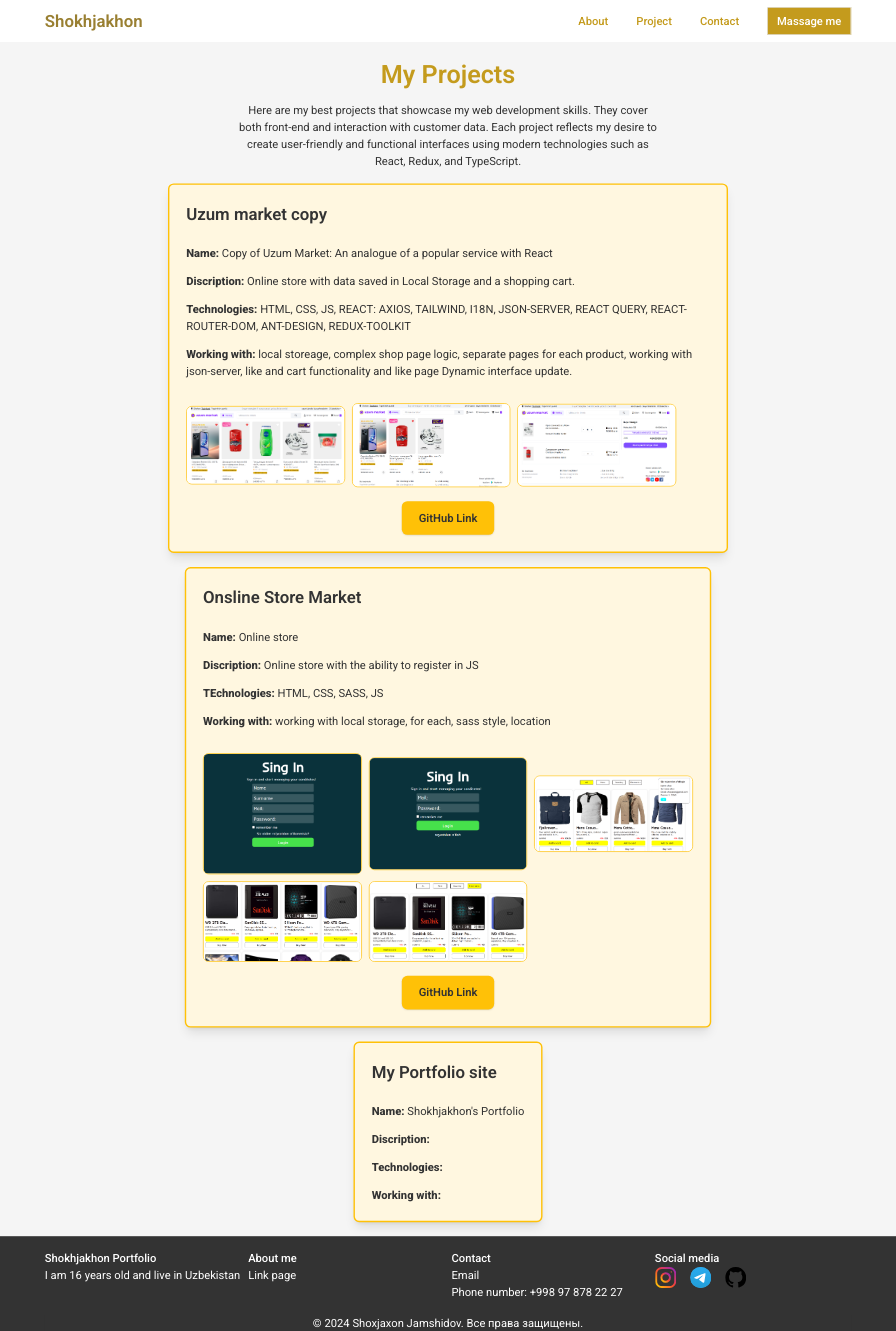
Repository: usershoh/My-Portfolio
Page: /project
An editor plug-in stored every save of this project. The page is shown before and after the next save, followed by the edit.
The browser window is 1280 px wide. The pictures show the whole page, at 70% of full size.
The project was rebuilt for these pictures with package versions that can differ from the ones it lists, and the page was loaded fresh each time. Also part of the build but not shown: vite.config.js, src/pages/blog/index.jsx, src/components/contact/title/index.jsx, src/components/contact/details/index.jsx, src/components/contact/location/index.jsx, src/components/contact/cta/index.jsx, src/pages/contact/index.jsx, src/components/home/hero/index.jsx and 11 more.

Above is the page before, as saved 2024-12-09 13:44:26.

### index.html
<!doctype html>
<html lang="en">
  <head>
    <meta charset="UTF-8" />
    <link rel="icon" type="image/svg+xml" href="/src/assets/img/photo_2024-05-25_15-15-50-round.png" />
    <meta name="viewport" content="width=device-width, initial-scale=1.0" />
    <title>Shokhjakhon</title>
  </head>
  <body>
    <div id="root"></div>
    <script type="module" src="/src/main.jsx"></script>
  </body>
</html>

### src/main.jsx
import { createRoot } from "react-dom/client";
import "./index.css";
import Root from "./root/root";
import ProviderConfig from "./tools/provider";

createRoot(document.getElementById("root")).render(
  <ProviderConfig>
    <Root />
  </ProviderConfig>
);

### src/index.css
@import url(https://fonts.googleapis.com/css2?family=Roboto:wght@100;200;300;400;500;600;800;900&display=swap);

@tailwind base;
@tailwind components;
@tailwind utilities;

* {
  padding: 0;
  margin: 0;
  box-sizing: border-box;
  font-family: 'Roboto', sans-serif;
}

html, body {
  height: 100%;
  margin: 0;
}

### src/root/root.jsx
import React from "react";
import Header from "../components/header";
import { Route, Routes } from "react-router-dom";
import BlogPage from "../pages/blog";
import ProjectPage from "../pages/project";
import ContactPage from "../pages/contact";
import HomePage from "../pages/home";
import AboutPage from "../pages/about";
import Footer from "../components/footer";

const Root = () => {
  return (
    <div className="bg-backround">
      <Header />
      <Routes>
        <Route path="/" element={<HomePage />} />
        <Route path="/about" element={<AboutPage />} />
        <Route path="/project" element={<ProjectPage />} />
        <Route path="/contact" element={<ContactPage />} />
        <Route path="/blog" element={<BlogPage />} />
      </Routes>
      <Footer />
    </div>
  );
};

export default Root;

### src/tools/provider/index.jsx
import React, { StrictMode } from "react";
import { BrowserRouter } from "react-router-dom";

const ProviderConfig = ({ children }) => {
  return (
    <div>
      <StrictMode>
        <BrowserRouter>{children}</BrowserRouter>
      </StrictMode>
    </div>
  );
};

export default ProviderConfig;

### src/components/header/index.jsx
import React, { useState } from "react";
import { Link, useNavigate } from "react-router-dom";

const Header = () => {
  const navigate = useNavigate();

  const [isOpenMenu, setIsOpentMenu] = useState(false);
  const toggleMenu = () => {
    setIsOpentMenu(!isOpenMenu);
  };

  // const navigateGmail = () => {
  //   window.location.href = "mailto:bumsakalaka66@gmail.com";
  // };
  const openTelegram = () => {
    window.open("https://t.me/usershox", "_blank");
  };

  return (
    <div className="px-[5%] py-[10px] flex items-center justify-between bg-white">
      <Link to={"/"}>
        <h1 className="text-[24px] text-[#997f31] font-[600]">Shokhjakhon</h1>
      </Link>
      <div className="hidden md:flex items-center gap-[40px] text-[16px] text-gold font-[500]">
        <button className="hover:text-hover" onClick={() => navigate("/about")}>
          About
        </button>
        <button
          className="hover:text-hover"
          onClick={() => navigate("/project")}
        >
          Project
        </button>
        <button
          className="hover:text-hover"
          onClick={() => navigate("/contact")}
        >
          Contact
        </button>
        {/* <button className="hover:text-hover" onClick={() => navigate("/blog")}>
          Blog
        </button> */}

        <button onClick={openTelegram} className="border w-[120px] h-[40px] bg-gold text-white text-[16px] hover:bg-hover">
          Massage me
        </button>
      </div>

      <button onClick={toggleMenu} className="md:hidden focus:outline-none">
        <svg
          className="w-6 h-6"
          fill="none"
          stroke="currentColor"
          viewBox="0 0 24 24"
        >
          <path
            strokeLinecap="round"
            strokeLinejoin="round"
            strokeWidth="2"
            d="M4 6h16M4 12h16m-7 6h7"
          ></path>
        </svg>
      </button>

      {isOpenMenu && (
        <div className="absolute top-[60px] right-[10px] w-[260px] h-[200px] grid gap-[5px] rounded-[10px] p-4 md:hidden bg-white">
          <button onClick={() => navigate("/about")}>About</button>
          <button onClick={() => navigate("/project")}>Project</button>
          <button onClick={() => navigate("/contact")}>Contact</button>
          <button onClick={() => navigate("/blog")}>Blog</button>
          <button className="border w-[100%] h-[40px] bg-gold text-white text-[16px]">
            Here me
          </button>
        </div>
      )}
    </div>
  );
};

export default Header;

### src/pages/project/index.jsx
import React from "react";
import UzumMarketProject from "../../components/project/uzum-market";
import OnlineStoreProject from "../../components/project/online-store";
import Title from "../../components/project/title";
import PortfolioProject from "../../components/project/portfolio";

const ProjectPage = () => {
  return (
    <div className="px-[5%] pt-[20px] gap-[20px] flex flex-col min-h-[71vh]">
      <Title />
      <UzumMarketProject />
      <OnlineStoreProject />
      <PortfolioProject />
    </div>
  );
};

export default ProjectPage;

### src/components/footer/index.jsx
import React from "react";
import { useNavigate } from "react-router-dom";
import instagramLogo from "../../assets/icon/instagram.svg";
import telegramLogo from "../../assets/icon/telegram.svg";
import githubLogo from "../../assets/icon/github.svg";

const Footer = () => {
  const navigate = useNavigate();
  return (
    <footer className="bg-dark mt-[20px] pl-[5%] pr-[5%]">
      <div className="grid gap-[10px] text-white pt-[20px] pb-[20px] grid-cols-2 md:grid-cols-4 max-[480px]:grid-cols-1">
        {/* <button className="text-[18px] pb-[5px]">Pages</button>
        <button className="text-[16px]" onClick={() => navigate("/")}>
          Home
        </button>
        <button className="text-[16px]" onClick={() => navigate("/about")}>
          About
        </button>
        <button className="text-[16px]" onClick={() => navigate("/project")}>
          Project
        </button>
        <button className="text-[16px]" onClick={() => navigate("/contact")}>
          Contact
        </button>
        <button className="text-[16px]" onClick={() => navigate("/blog")}>
          Blog
        </button> */}
        <div>
          <h2 className="font-[500]">Shokhjakhon Portfolio</h2>
          <p>I am 16 years old and live in Uzbekistan</p>
        </div>

        <div>
          <h2 className="font-[500]">About me</h2>
          <button onClick={() => navigate("/about")}>Link page</button>
        </div>

        <div>
          <h2 className="font-[500]">Contact</h2>
          <a href="email:bumsakalaka66@gmail.com">Email</a>
          <p>Phone number: +998 97 878 22 27</p>
        </div>

        <div>
          <h2 className="font-[500]">Social media</h2>
          <div className="w-[130px] flex items-center justify-between">
            <a href="https://www.instagram.com/shohjahon_777.official/">
              <img className="w-[30px] h-[30px]" src={instagramLogo} alt="" />
            </a>
            <a href="https://t.me/usershox">
              <img className="w-[30px] h-[30px]" src={telegramLogo} alt="" />
            </a>
            <a href="https://github.com/usershoh">
              <img className="w-[30px] h-[30px]" src={githubLogo} alt="" />
            </a>
          </div>
        </div>
      </div>
      <div className="bg-dark text-white text-center">
        © 2024 Shoxjaxon Jamshidov. Все права защищены.
      </div>
    </footer>
  );
};

export default Footer;

### src/components/project/uzum-market/index.jsx
import React from "react";
import uzumImg1 from "../../../assets/img/uzum-img1.png";
import uzumImg2 from "../../../assets/img/uzum-img2.png";
import uzumImg3 from "../../../assets/img/uzum-img3.png";

const UzumMarketProject = () => {
  return (
    <div className="border-[2px] p-6 border-[#FFC107] bg-[#FFF7E0] shadow-lg max-w-[800px] mx-auto rounded-lg grid gap-[10px]">
      <h1 className="text-[24px] text-dark font-semibold mb-4">Uzum market copy</h1>
      <div className="grid gap-4">
        <p className="text-[16px] text-dark">
          <strong>Name:</strong> Copy of Uzum Market: An analogue of a popular
          service with React
        </p>
        <p className="text-[16px] text-dark">
          <strong>Discription:</strong> Online store with data saved in Local
          Storage and a shopping cart.
        </p>
        <p className="text-[16px] text-dark">
          <strong>Technologies:</strong> HTML, CSS, JS, REACT: AXIOS, TAILWIND,
          I18N, JSON-SERVER, REACT QUERY, REACT-ROUTER-DOM, ANT-DESIGN,
          REDUX-TOOLKIT
        </p>
        <p className="text-[16px] text-dark">
          <strong>Working with:</strong> local storeage, complex shop page
          logic, separate pages for each product, working with json-server, like
          and cart functionality and like page Dynamic interface update.
        </p>
      </div>
      <div className="grid grid-cols-2 md:grid-cols-3 items-center gap-[10px] mt-6 lg:w-[700px]">
        <div className="border border-[#FFC107] rounded-lg overflow-hidden">
          <img src={uzumImg1} alt="" />
        </div>
        <div className="border border-[#FFC107] rounded-lg overflow-hidden">
          <img src={uzumImg2} alt="" />
        </div>
        <div className="border border-[#FFC107] rounded-lg overflow-hidden">
          <img src={uzumImg3} alt="" />
        </div>
      </div>
      <div className="mt-[10px] text-center">
        <a
          className="inline-block font-semibold rounded-lg shadow hover:bg-[#FFB300] px-6 py-3 bg-[#FFC107] text-[#333]"
          href="https://github.com/usershoh/Uzum-market-copy"
        >
          GitHub Link
        </a>
      </div>
    </div>
  );
};

export default UzumMarketProject;

### src/components/project/online-store/index.jsx
import React from "react";

import onlineStoreImg1 from "../../../assets/img/onlineStore-img1.png";
import onlineStoreImg2 from "../../../assets/img/onlineStore-img2.png";
import onlineStoreImg3 from "../../../assets/img/onlineStore-img3.png";
import onlineStoreImg4 from "../../../assets/img/onlineStore-img4.png";
import onlineStoreImg5 from "../../../assets/img/onlineStore-img5.png";

const OnlineStoreProject = () => {
  return (
    <div className="border-[2px] border-[#FFC107] bg-[#FFF7E0] p-6 shadow-lg max-w-[800px] mx-auto rounded-lg grid gap-[10px]">
      <h1 className="text-[24px] text-dark font-semibold mb-4">
        Onsline Store Market
      </h1>
      <div className="grid gap-4">
        <p className="text-[16px] text-dark">
          <strong>Name:</strong> Online store
        </p>
        <p className="text-[16px] text-dark">
          <strong>Discription:</strong> Online store with the ability to
          register in JS
        </p>
        <p className="text-[16px] text-dark">
          <strong>TEchnologies: </strong> HTML, CSS, SASS, JS
        </p>
        <p className="text-[16px] text-dark">
          <strong>Working with: </strong> working with local storage, for each,
          sass style, location
        </p>
      </div>
      <div className="grid mt-6 grid-cols-2 md:grid-cols-3 lg:w-[700px] items-center gap-[10px]">
        <div className="border border-[#FFC107] rounded-lg overflow-hidden">
          <img src={onlineStoreImg1} alt="" />
        </div>
        <div className="border border-[#FFC107] rounded-lg overflow-hidden">
          <img src={onlineStoreImg2} alt="" />
        </div>
        <div className="border border-[#FFC107] rounded-lg overflow-hidden">
          <img src={onlineStoreImg3} alt="" />
        </div>
        <div className="border border-[#FFC107] rounded-lg overflow-hidden">
          <img src={onlineStoreImg4} alt="" />
        </div>
        <div className="border border-[#FFC107] rounded-lg overflow-hidden">
          <img src={onlineStoreImg5} alt="" />
        </div>
      </div>
      <div className="mt-[10px] text-center">
        <a
          className="inline-block font-semibold rounded-lg shadow hover:bg-[#FFB300] px-6 py-3 bg-[#FFC107] text-[#333]"
          href="https://github.com/usershoh/Login"
        >
          GitHub Link
        </a>
      </div>
    </div>
  );
};

export default OnlineStoreProject;

### src/components/project/title/index.jsx
import React from "react";

const Title = () => {
  return (
    <div className="text-center m-auto grid gap-3 max-w-[600px]">
      <h1 className="text-[36px] font-semibold text-gold">My Projects</h1>
      <p className="text-[16px] text-dark">
        Here are my best projects that showcase my web development skills. They
        cover both front-end and interaction with customer data. Each project
        reflects my desire to create user-friendly and functional interfaces
        using modern technologies such as React, Redux, and TypeScript.
      </p>
    </div>
  );
};

export default Title;

### src/components/project/portfolio/index.jsx
import React from "react";

const PortfolioProject = () => {
  return (
    <div className="border-[2px] p-6 border-[#FFC107] bg-[#FFF7E0] shadow-lg max-w-[800px] mx-auto rounded-lg grid gap-[10px]">
      <h1 className="text-[24px] text-dark font-semibold mb-4">
        My Portfolio site
      </h1>
      <div className="grid gap-4">
        <p className="text-[16px] text-dark">
          <strong>Name: </strong> Shokhjakhon's Portfolio
        </p>
        <p className="text-[16px] text-dark">
          <strong>Discription: </strong>
        </p>
        <p className="text-[16px] text-dark">
          <strong>Technologies: </strong>
        </p>
        <p className="text-[16px] text-dark">
          <strong>Working with: </strong>
        </p>
      </div>
    </div>
  );
};

export default PortfolioProject;

### tailwind.config.js
/** @type {import('tailwindcss').Config} */
export default {
  content: ["./index.html", "./src/**/*.{js,ts,jsx,tsx}"],
  theme: {
    extend: {
      colors: {
        gold: "#c49b1d",
        dark: "#333333",
        backround: "#f5f5f5",
        hover: "#ccae62",
      },
    },
  },
  plugins: [],
};

After the next save:
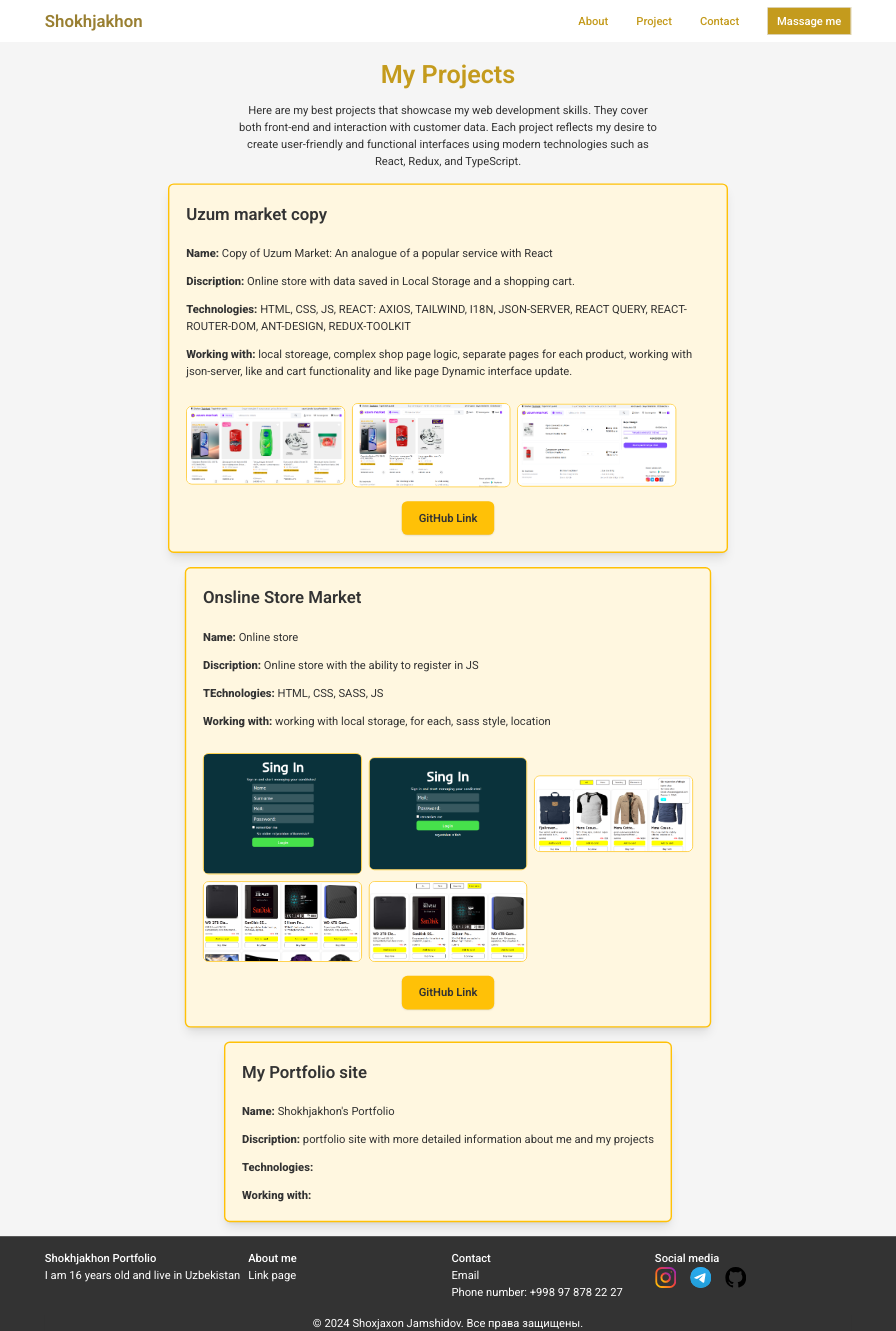
Saved 78 s later.
--- a/src/components/project/portfolio/index.jsx
+++ b/src/components/project/portfolio/index.jsx
@@ -11,7 +11,7 @@
           <strong>Name: </strong> Shokhjakhon's Portfolio
         </p>
         <p className="text-[16px] text-dark">
-          <strong>Discription: </strong>
+          <strong>Discription: </strong> portfolio site with more detailed information about me and my projects
         </p>
         <p className="text-[16px] text-dark">
           <strong>Technologies: </strong>
